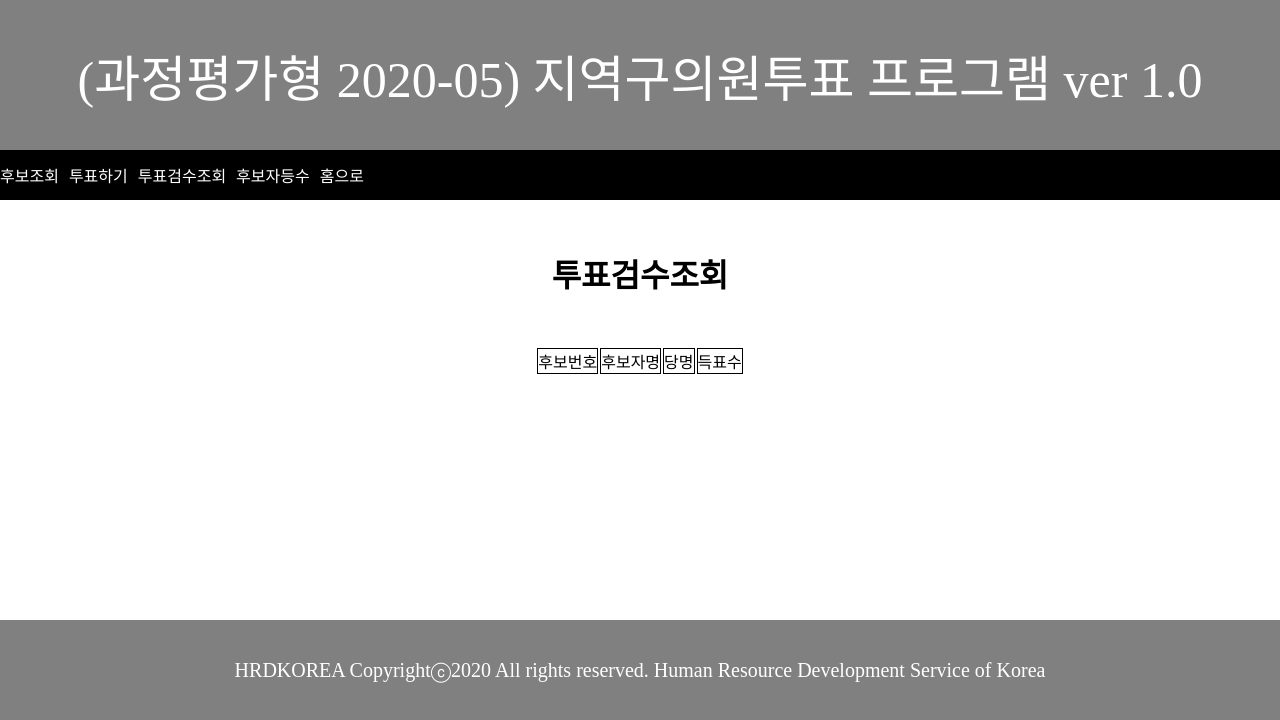
Repository: Ranranruo/info-processing
Page: http://localhost/20250418/tpView.jsp
An editor plug-in stored every save of this project. The page is shown before and after the next save, followed by the edit.
The browser window is 1280 px wide. The pictures show the whole page.
The page is served by Tomcat 9. Queries for data that is not in the repository find no rows.

Above is the page before, as saved 2025-04-18 05:57:47.

After the next save:
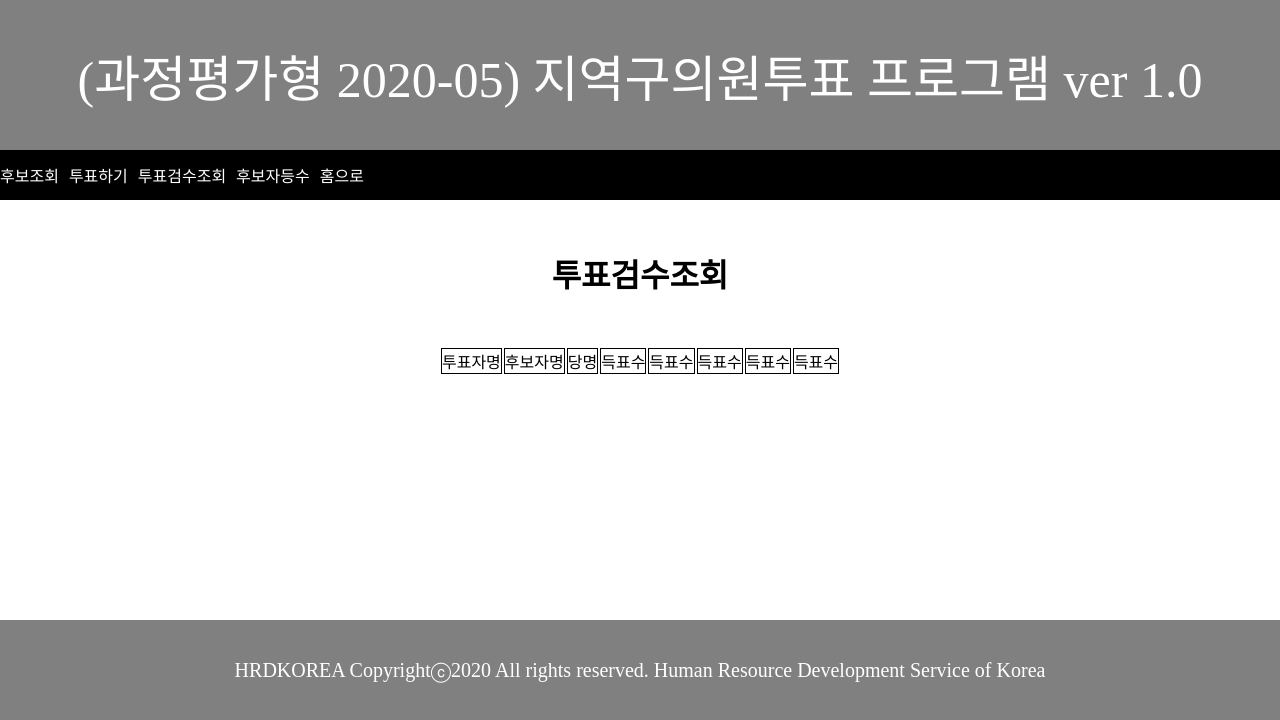
Saved 14 s later.
--- a/20250418/src/main/webapp/tpView.jsp
+++ b/20250418/src/main/webapp/tpView.jsp
@@ -35,9 +35,13 @@ padding: 0; margin: 0; text-decoration: none;
 <h1 style="padding: 50px;">투표검수조회</h1>
 <table>
 	<tr>
-		<td>후보번호</td>
+		<td>투표자명</td>
 		<td>후보자명</td>
 		<td>당명</td>
+		<td>득표수</td>
+		<td>득표수</td>
+		<td>득표수</td>
+		<td>득표수</td>
 		<td>득표수</td>
 	</tr>
 	<%
